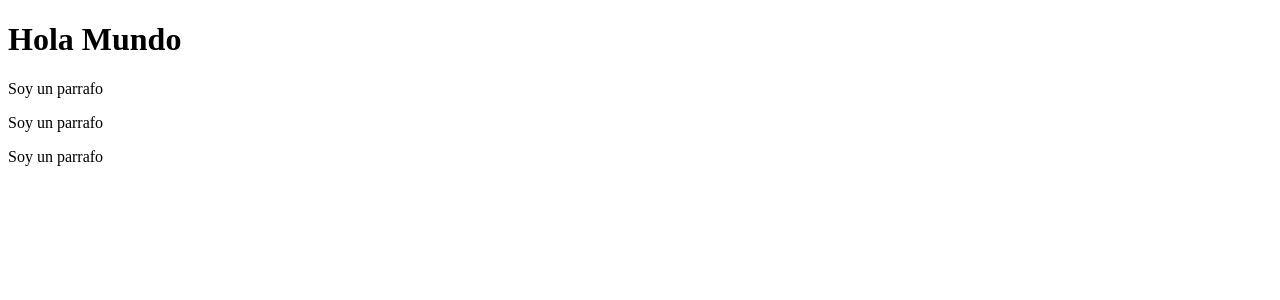
Repository: Klauditha/desafio_modulo_react
Page: / (app in 01_Introduccion/ClasePrincipal/)
The author's editor kept a copy of each file at every save. The page is drawn from the files as they stood at one save, then again after the next save.
The browser window is 1280 px wide. The pictures show the whole page.
The project was rebuilt for these pictures with package versions that can differ from the ones it lists, and the page was loaded fresh each time. Also part of the build but not shown: 01_Introduccion/ClasePrincipal/vite.config.js, 01_Introduccion/ClasePrincipal/src/index.css.

Above is the page before, as saved 2023-09-07 23:10:40.

After the next save:
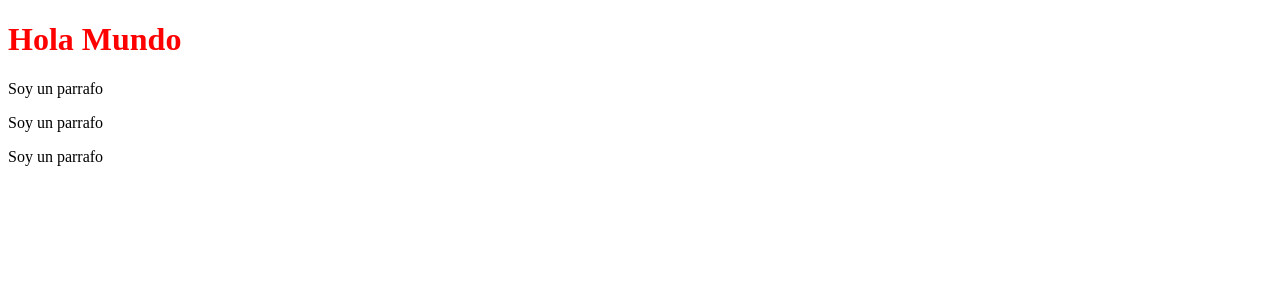
Saved 46 s later.
--- a/01_Introduccion/ClasePrincipal/src/App.jsx
+++ b/01_Introduccion/ClasePrincipal/src/App.jsx
@@ -1,3 +1,5 @@
+import './App.css'
+
 const App = () => {
   return (
     //Uso de Fragment <>
